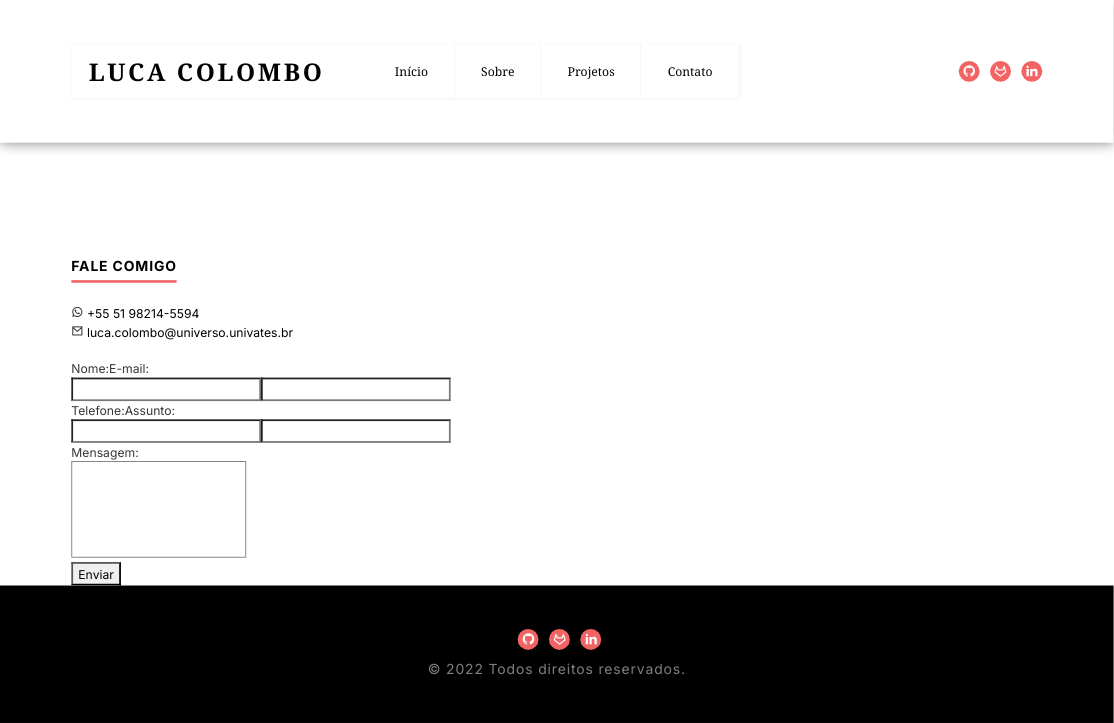
Repository: lxcxcxlxmb/portfolio
Page: contato.html
These files come from the project's save history. The page is drawn as it stood at one moment and after the next save; the edit follows.
The browser window is 1280 px wide. The pictures show the whole page, at 87% of full size.

Above is the page before, as saved 2022-05-25 16:19:40.

### contato.html
<!doctype html>
<html lang="pt-BR">

<head>
  <!-- Required meta tags -->
  <meta charset="utf-8">
  <meta name="viewport" content="width=device-width, initial-scale=1">
  <!-- Google Fots -->
  <link rel="preconnect" href="https://fonts.googleapis.com">
  <link rel="preconnect" href="https://fonts.gstatic.com" crossorigin>
  <link href="https://fonts.googleapis.com/css2?family=Inter:wght@100;200;300;400;500;600;700;800;900&display=swap"
    rel="stylesheet">
  <!-- Remixicon Icon -->
  <link href="https://cdn.jsdelivr.net/npm/remixicon@2.5.0/fonts/remixicon.css" rel="stylesheet">
  <!-- Remixicon Icon -->
  <!-- Bootstrap CSS -->
  <link href="https://cdn.jsdelivr.net/npm/bootstrap@5.0.2/dist/css/bootstrap.min.css" rel="stylesheet"
    integrity="sha384-EVSTQN3/azprG1Anm3QDgpJLIm9Nao0Yz1ztcQTwFspd3yD65VohhpuuCOmLASjC" crossorigin="anonymous">
  <link href="https://unpkg.com/aos@2.3.1/dist/aos.css" rel="stylesheet">
  <!-- Main CSS -->
  <link href="styles.css" rel="stylesheet">
  <link rel="stylesheet" href="reset.css">


  <title>contato</title>
</head>

<body>

  <!-- header -->
  <header class="ds-header" id="site-header">
    <div class="container">
      <div class="ds-header-inner">
        <!-- logo -->
        <a href="index.html" class="ds-logo">
          <span>L</span>Luca Colombo
        </a>
        <div class="header">
          <a href="index.html" class="logo">Luca Colombo</a>
          <input class="menu-btn" type="checkbox" id="menu-btn" />
          <label class="menu-icon" for="menu-btn"><span class="navicon"></span></label>
          <ul class="menu">
            <li><a href="index.html">Início</a></li>
            <li><a href="sobre.html">Sobre</a></li>
            <li><a href="projetos.html">Projetos</a></li>
            <li><a href="contato.html">Contato</a></li>
          </ul>
        </div>
        <!-- social -->
        <ul class="ds-social">
          <li><a href="https://github.com/lxcxcxlxmb" target="_blank"><i class="ri-github-fill"></i></a></li>
          <li><a href="https://gitlab.com/lxcxcxlxmbx" target="_blank"><i class="ri-gitlab-line"></i></a></li>
          <li><a href="https://www.linkedin.com/in/luca--colombo/" target="_blank"><i class="ri-linkedin-fill"></i></a>
          </li>
        </ul>
        <!-- social -->
      </div>
    </div>
  </header>
  <br>
  <br>

  <div class="ds-about-section">
    <div class="container">
      <section>
        <h2 class="ds-heading">Fale comigo</h2><br>
        <i class="ri-whatsapp-line"></i> <a href="tel:+5551982145594">+55 51 98214-5594</a><br>
        <i class="ri-mail-line"></i><a href="mailto:luca.colombo@universo.univates.br">
          luca.colombo@universo.univates.br</a><br><br>
        <form>
          <label for="name">Nome:</label><label for="email">E-mail:</label><br>
          <input class="form-item" type="text" id="name" name="name"><input class="form-item" type="email" id="email" name="email"><br>
          <label for="phone">Telefone:</label><label for="assunto">Assunto:</label><br>
          <input class="form-item" type="tel" id="phone" name="phone"><input class="form-item" type="text" id="assunto" name="assunto"><br>
          <label for="message">Mensagem:</label><br>
          <textarea class="form-item" id="message" name="message" rows="5" columns="50"></textarea><br>
          <input class="button" type="submit" value="Enviar">
        </form>
      </section>
    </div>
  </div>
  <footer class="ds-footer text-center">
    <div class="container">
      <section>
        <ul class="ds-social">
          <li><a href="https://github.com/lxcxcxlxmb" target="_blank"><i class="ri-github-fill"></i></a></li>
          <li><a href="https://gitlab.com/lxcxcxlxmbx" target="_blank"><i class="ri-gitlab-line"></i></a></li>
          <li><a href="https://www.linkedin.com/in/luca--colombo/" target="_blank"><i class="ri-linkedin-fill"></i></a>
          </li>
        </ul>
      </section>
      <span class="ds-copyright">© 2022 Todos direitos reservados.</span>
    </div>
  </footer>

</body>

</html>

### styles.css
/*
Theme Name: Jason Stroff

  1. >>> Headr Style
  2. >>> Banner Style
  3. >>> About Style
  4. >>> Skills Style
  5. >>> Experience Style
  6. >>> Work Style
  7. >>> Footer Style

*/
/*--------------------------------------------------------------
>>> TABLE OF CONTENTS:
----------------------------------------------------------------*/
html {
	font-family: 'Inter', sans-serif;
	background-color: #FFF
}

body {
	font-family: 'Inter', sans-serif;
	overflow-x: hidden;
	background-color: #FFF;
	font-weight: 400;
	font-style: normal;
	color: #373737;
	font-size: 14px
}

a,
a:hover,
a:focus,
i,
input,
button,
input:focus,
.transition {
	text-decoration: none;
	outline: none;
	transition-delay: 0s;
	transition-duration: 0.4s;
	transition-property: all;
	transition-timing-function: ease;
	box-shadow: none;
}

a {
	color: #000
}

iframe {
	border: 0;
	outline: none;
}

::-moz-selection {
	background: #000;
	text-shadow: none;
	color: #FFF
}

::selection {
	background: #000;
	text-shadow: none;
	color: #FFF
}

img {
	max-width: 100%;
	border: none;
	outline: none;
	height: auto;
}

input,
textarea {
	border-radius: 0;
	resize: none;
}

ul {
	padding: 0;
	margin: 0;
}

@font-face {
	font-family: 'Inter', sans-serif;
}

input:-webkit-autofill,
textarea:-webkit-autofill,
select:-webkit-autofill {
	background-color: transparent;
	background-image: none;
	color: #000;
}

/* 1.2 Typography */
h1,
h2,
h3,
h4,
h5,
h6 {
	font-family: 'Inter', sans-serif;
}

figure {
	margin: 0
}

svg,
img {
	max-width: 100%;
	height: auto;
}

/*-----------------------------------------------------------------
  1. >>> Headr Style
----------------------------------------------------------------*/
.ds-header {
	position: relative;
	top: 0;
	width: 100%;
	z-index: 5;
	background-color: #FFF;
	padding: 70px 0;
	transition-delay: 0s;
	transition-duration: 0.4s;
	transition-property: all;
	transition-timing-function: ease;
	box-shadow: 0 0 1em #858585;
	display: flex;
	align-items: center;
	justify-content: space-between;
}

.ds-header.ds-fixed-header {
	padding: 20px 0;
	box-shadow: 0px 0px 20px rgba(0, 0, 0, 0.25);
}

.ds-header-inner {
	display: flex;
	justify-content: space-between;
	align-items: center;
}

.logo {
	font-family:Georgia, 'Times New Roman', Times, serif;
	text-transform: uppercase;
	font-weight: bold;
	font-size: 18px;
	letter-spacing: 3px;
	color: #000;
	display: flex;
	align-items: center;
	flex-wrap: nowrap;
}

.logo span {
	display: flex;
	align-items: center;
	justify-content: center;
	width: 40px;
	height: 40px;
	background-color: #000;
	border-radius: 4px;
	color: #FFF;
	font-size: 22px;
	font-weight: 600;
	text-align: center;
}

.logo:hover {
	color: #F26464;
}

.ds-social {
	list-style: none;
	display: flex;
	align-items: center;
	flex-wrap: wrap;
}

.ds-social li {
	margin-left: 12px;
}

.ds-social li:first-child {
	margin-left: 0;
}

.ds-social li a {
	border-radius: 100%;
	color: #FFF;
	width: 24px;
	height: 24px;
	background-color: #F26464;
	display: flex;
	justify-content: center;
	align-items: center;
	text-align: center;
	font-size: 16px;
}

.ds-social li a:hover {
	background-color: #000;
	color: #FFF;
}

/*.ds-navbar {
	display: inline-block;
	color: #373737;
	font-size: 16px;
	padding: 10px 20px;
	background-color: #FFF;
	margin-right: 15px;
	margin-bottom: 15px;
	margin-top: 15px;
	font-weight: 500;
}*/

.activ {
	color: #fff;
	background-color: #FF0077;
}

.inactiv {
	color: #494949;
}

.inactiv:hover {
	color: #FF0077;
}

.header {
	background-color: #fff;
	box-shadow: 1px 1px 4px 0 rgba(0,0,0,.1);
	position: absolute;
	align-items: center;
	vertical-align: middle;
	width: 60%;
	z-index: 3;
  }

  .header ul {
	margin: 0;
	padding: 0;
	font-family:Georgia, 'Times New Roman', Times, serif;
	list-style: none;
	overflow: hidden;
	background-color: #fff;
  }

  .header li a {
	display: block;
	padding: 20px 20px;
	border-right: 1px solid #f4f4f4;
	text-decoration: none;
  }

  .header li a:hover,
  .header .menu-btn:hover {
	background-color: #f4f4f4;
	color: #F26464;
  }

  .header .logo {
	display: block;
	float: left;
	font-size: 2em;
	padding: 10px 20px;
	text-decoration: none;
  }

  /* menu */

  .header .menu {
	clear: both;
	max-height: 0;
	transition: max-height .2s ease-out;
  }

  /* menu icon */

  .header .menu-icon {
	cursor: pointer;
	display: inline-block;
	float: right;
	padding: 28px 20px;
	position: relative;
	user-select: none;
  }

  .header .menu-icon .navicon {
	background: #333;
	display: block;
	height: 2px;
	position: relative;
	transition: background .2s ease-out;
	width: 18px;
  }

  .header .menu-icon .navicon:before,
  .header .menu-icon .navicon:after {
	background: #333;
	content: '';
	display: block;
	height: 100%;
	position: absolute;
	transition: all .2s ease-out;
	width: 100%;
  }

  .header .menu-icon .navicon:before {
	top: 5px;
  }

  .header .menu-icon .navicon:after {
	top: -5px;
  }

  /* menu btn */

  .header .menu-btn {
	display: none;
  }

  .header .menu-btn:checked ~ .menu {
	max-height: 240px;
  }

  .header .menu-btn:checked ~ .menu-icon .navicon {
	background: transparent;
  }

  .header .menu-btn:checked ~ .menu-icon .navicon:before {
	transform: rotate(-45deg);
  }

  .header .menu-btn:checked ~ .menu-icon .navicon:after {
	transform: rotate(45deg);
  }

  .header .menu-btn:checked ~ .menu-icon:not(.steps) .navicon:before,
  .header .menu-btn:checked ~ .menu-icon:not(.steps) .navicon:after {
	top: 0;
  }

  /* 48em = 768px */

  @media (min-width: 48em) {
	.header li {
	  float: left;
	}
	.header li a {
	  padding: 20px 30px;
	}
	.header .menu {
	  clear: none;
	  float: right;
	  max-height: none;
	}
	.header .menu-icon {
	  display: none;
	}
  }

/*-----------------------------------------------------------------
  2. >>> Banner Style
----------------------------------------------------------------*/
.ds-banner section {
	padding-left: 70px;
	padding-right: 00px;
}

.ds-banner section h1 span {
	display: block;
	text-transform: uppercase;
	letter-spacing: 1px;
	font-weight: 500;
	font-size: 16px;
	padding-top: 30px;
}

.ds-banner section h1 {
	font-weight: 600;
	font-size: 48px;
	line-height: 60px;
	color: #000;
}

.ds-numbervalulist {
	list-style: none;
	display: flex;
	align-items: center;
	flex-wrap: wrap;
	margin: 0;
	padding: 0;
	margin-top: 60px;
}

.ds-numbervalulist li {
	margin-right: 60px;
}

.ds-numbervalulist li:last-child {
	margin-right: 0;
}

.ds-numbervalulist strong {
	display: block;
	color: #F26464;
	font-size: 36px;
	font-weight: 800;
}

.ds-numbervalulist span {
	font-size: 16px;
	letter-spacing: 1px;
}

/*-----------------------------------------------------------------
  3. >>> About Style
----------------------------------------------------------------*/
.ds-about-section {
	padding-top: 60px;
	padding-bottom: 0px;
}

.ds-heading {
	display: inline-block;
	font-weight: 700;
	color: #000;
	text-transform: uppercase;
	letter-spacing: 1px;
	font-size: 16px;
	border-bottom: 3px solid #F26464;
	padding-bottom: 7px;
	margin-bottom: 23px;
}

.ds-about-section p {
	color: #373737;
	font-size: 24px;
	line-height: 40px;
	font-weight: 300;
	margin-bottom: 60px;
}

.ds-button {
	display: inline-block;
	text-transform: uppercase;
	font-size: 12px;
	line-height: 13px;
	font-weight: 600;
	letter-spacing: 3px;
	color: #F26464;
	padding: 17px 30px;
	border: 2px solid #F26464;
	border-radius: 60px;
}

.ds-button:hover {
	background-color: #F26464;
	color: #FFF;
}

.ds-arrow-button i {
	display: inline-block;
	vertical-align: middle;
}

/*-----------------------------------------------------------------
  4. >>> Skills Style
----------------------------------------------------------------*/
.ds-skills-section {
	padding-bottom: 105px;
}

.ds-skills-list {
	list-style: none;
	padding: 0;
	margin: 0;
	display: flex;
	flex-wrap: wrap;
	align-items: center;
	margin-top: 11px;
}

.ds-skills-list li {
	display: inline-block;
	color: #373737;
	font-size: 16px;
	padding: 10px 20px;
	background-color: #FFF;
	border: 1px solid #D7D7D7;
	border-radius: 27px;
	margin-right: 15px;
	margin-bottom: 15px;
	font-weight: 500;
}

/*-----------------------------------------------------------------
  5. >>> Experience Style
----------------------------------------------------------------*/
.ds-experience-section {
	padding-bottom: 120px;
}

.ds-experience-list section {
	padding-right: 70px;
}

.ds-experience-list {
	padding-top: 15px;
}

.ds-officename {
	font-size: 24px;
	font-weight: 300;
	margin-bottom: 10px;
}

.ds-experience-list span {
	display: block;
}

span.ds-year {
	color: #373737;
	font-size: 14px;
	font-weight: 700;
	padding-bottom: 10px;
}

span.ds-department {
	color: #373737;
	font-weight: 500;
	font-size: 18px;
	padding-bottom: 30px;
}

.ds-experience-list p {
	font-size: 16px;
	line-height: 24px;
	font-weight: 300;
}

.ds-experience-list ul {
	list-style: none;
	padding: 0;
	margin: 0;
	padding-top: 10px;
}

.ds-experience-list ul li {
	font-size: 16px;
	line-height: 24px;
	font-weight: 300;
	padding-left: 28px;
	position: relative;
	margin-bottom: 20px;
}

.ds-experience-list ul li:before {
	content: "";
	position: absolute;
	left: 0;
	top: 10px;
	border-radius: 100%;
	width: 8px;
	height: 8px;
	background-color: #373737;
}

/*-----------------------------------------------------------------
  6. >>> Work Style
----------------------------------------------------------------*/
.ds-work-section {
	padding-bottom: 80px;
}

.ds-work-list {
	padding-left: 70px;
	padding-top: 40px;
	padding-right: 70px;
	background-color: #F6F8FA;
	margin-bottom: 40px;
}

.ds-work-list section {
	padding-top: 20px;
	padding-right: 120px;
}

.ds-work-tilte {
	color: #000;
	font-size: 30px;
	line-height: 36px;
	font-weight: 600;
	margin-bottom: 30px;
}

.ds-work-list p {
	font-weight: 300;
	font-size: 18px;
	line-height: 30px;
}

.ds-work-list .ds-button {
	margin-top: 20px;
}

.ds-work-det-hed {
	padding-top: 42px;
	padding-bottom: 80px;
}

.ds-work-det-title {
	font-weight: 600;
	color: #000;
	font-size: 48px;
	margin-bottom: 20px;
}

.ds-work-det-dep {
	display: block;
	font-weight: 600;
	color: #000;
	font-size: 18px;
}

.ds-work-content-sec {
	padding: 100px 0;
}

.ds-work-content-sec p {
	font-size: 18px;
	line-height: 36px;
	margin-bottom: 30px;
}

.ds-work-content-sec h2 {
	font-size: 30px;
	font-weight: 700;
	margin-bottom: 30px;
}

.ds-work-content-sec ul {
	list-style: none;
	padding: 0;
	margin: 0;
}

.ds-work-content-sec li {
	font-size: 18px;
	line-height: 36px;
	padding-left: 28px;
	position: relative;
	margin-bottom: 20px;
}

.ds-work-content-sec li:before {
	content: "";
	position: absolute;
	left: 0;
	top: 13px;
	border-radius: 100%;
	width: 8px;
	height: 8px;
	background-color: #373737;
}

/*-----------------------------------------------------------------
  7. >>> Footer Style
----------------------------------------------------------------*/
.ds-footer {
	background-color: #000;
	padding: 50px 0;
}

.ds-footer section {
	padding-bottom: 10px;
}

.ds-footer section span {
	color: rgba(255, 255, 255, 0.5);
	text-transform: uppercase;
	font-weight: 700;
	font-size: 16px;
	letter-spacing: 1px;
	display: block;
	padding-bottom: 20px;
}

.ds-footer section h4 {
	color: #FFF;
	font-size: 48px;
	font-weight: 700;
}

.ds-footer section p {
	letter-spacing: 1.13px;
	color: #FFF;
	font-size: 18px;
	margin-bottom: 40px;
}

.ds-footer ul {
	margin-left: 46%;
}

.ds-copyright {
	color: rgba(255, 255, 255, 0.5);
	letter-spacing: 1px;
	font-size: 16px;
}

.ds-copyright a {
	color: rgba(255, 255, 255, 0.5);
}

.ds-copyright a:hover {
	color: #F26464;
}



/*-------------------------------------------------------------------------------
 Responsive XS Style @media (max-width: 767px)
-------------------------------------------------------------------------------*/
@media (max-width: 768px) {

	.ds-header,
	.ds-header.ds-fixed-header {
		padding: 15px 0;
	}

	.ds-banner,
	.ds-about-section,
	.ds-skills-section,
	.ds-experience-section,
	.ds-work-section,
	.ds-work-details-section {
		padding-left: 10px;
		padding-right: 10px;
	}

	/*.ds-logo {
		font-size: 0;
	}*/

	.ds-banner figure {
		padding: 30px 0;
	}

	.ds-banner section {
		padding-left: 0;
		padding-right: 0;
	}

	.ds-banner section h1 span {
		padding-bottom: 0;
	}

	.ds-banner section h1,
	.ds-work-det-title {
		font-size: 30px;
		line-height: 40px;
	}

	.ds-numbervalulist {
		margin-top: 20px;
	}

	.ds-numbervalulist li {
		margin-right: 30px;
	}

	.ds-numbervalulist strong {
		font-size: 30px;
	}

	.ds-numbervalulist span {
		font-size: 14px;
	}

	.ds-about-section {
		padding-bottom: 60px;
	}

	.ds-about-section p,
	.ds-work-content-sec p,
	.ds-work-content-sec li {
		font-size: 15px;
		line-height: 30px;
		margin-bottom: 0px;
	}

	.ds-skills-list li {
		margin-right: 10px;
		margin-bottom: 10px;
		font-size: 14px;
	}

	.ds-skills-section .col-12,
	.ds-experience-list .col-12 {
		margin-bottom: 40px;
	}

	.ds-skills-section,
	.ds-work-section,
	.ds-experience-section {
		padding-bottom: 0;
	}

	.ds-experience-list section {
		padding-right: 0;
	}

	.ds-work-list {
		padding: 30px;
	}

	.ds-work-list p {
		font-size: 15px;
		line-height: 30px;
	}

	.ds-footer {
		padding: 60px 10px;
	}

	.ds-footer section h4 {
		font-size: 40px;
	}

	.ds-copyright {
		font-size: 14px;
	}

	.ds-footer section {
		padding-bottom: 30px;
	}

	.ds-footer ul {
		margin-left: 36%;
	}

	.ds-button {
		padding: 11px 10px;
	}

	.ds-work-details-section {
		padding-top: 30px;
	}

	.ds-work-det-title {
		margin-bottom: 7px;
	}

	.ds-work-content-sec h2 {
		font-size: 20px;
	}

	.ds-work-content-sec {
		padding: 30px 0;
	}

	.ds-work-list section {
		padding-right: 0;
		padding-bottom: 30px;
	}
}

.ds-heading {
	margin-top: 30px;
}

@media (min-width: 768px) and (max-width: 991px) {
	.ds-work-list section {
		padding-right: 30px;
	}

}

@media (min-width: 992px) and (max-width: 1199px) {
	.ds-banner section {
		padding-right: 0;
	}

	.ds-work-list section {
		padding-right: 30px;
		padding-bottom: 60px;
	}


}


#wrapper
{
 margin:0 auto;
 padding:0px;
 text-align:center;
 width:995px;
}
#wrapper h1
{
 margin-top:50px;
 font-size:45px;
 color:#1B4F72;
}
#wrapper h1 p
{
 font-size:18px;
}
#contact_form_div
{
 width:330px;
 margin-left:320px;
 padding:10px;
 background-color:#1B4F72;
}
#contact_form_div #contact_label
{
 margin:15px;
 margin-bottom:30px;
 font-size:25px;
 font-weight:bold;
 color:white;
 text-decoration:underline;
}
#contact_form_div input[type="text"]
{
 width:230px;
 height:40px;
 border-radius:2px;
 font-size:17px;
 padding-left:5px;
 border:none;
}
#contact_form_div textarea
{
 width:230px;
 height:70px;
 border-radius:2px;
 font-size:17px;
 padding5px;
}
#contact_form_div input[type="submit"]
{
 width:230px;
 height:40px;
 border:none;
 border-radius:2px;
 font-size:17px;
 background-color:#85C1E9;
 border-bottom:3px solid #3498DB;
 color:#1B4F72;
 font-weight:bold;
}

@media only screen and (min-width:700px) and (max-width:995px)
{
 #wrapper
 {
  width:100%;
 }
 #wrapper h1
 {
  font-size:30px;
 }
 #contact_form_div
 {
  width:50%;
  margin-left:25%;
  padding-left:0px;
  padding-right:0px;
 }
 #contact_form_div input[type="text"]
 {
  width:80%;
 }
 #contact_form_div textarea
 {
  width:80%;
 }
 #contact_form_div input[type="submit"]
 {
  width:80%;
 }
}
@media only screen and (min-width:400px) and (max-width:699px)
{
 #wrapper
 {
  width:100%;
 }
 #wrapper h1
 {
  font-size:30px;
 }
 #contact_form_div
 {
  width:60%;
  margin-left:20%;
 }
 #contact_form_div input[type="text"]
 {
  width:80%;
 }
 #contact_form_div textarea
 {
  width:80%;
 }
 #contact_form_div input[type="submit"]
 {
  width:80%;
 }
}
@media only screen and (min-width:100px) and (max-width:399px)
{
 #wrapper
 {
  width:100%;
 }
 #wrapper h1
 {
  font-size:25px;
 }
 #contact_form_div
 {
  width:90%;
  margin-left:5%;
  padding-left:0px;
  padding-right:0px;
 }
 #contact_form_div input[type="text"]
 {
  width:80%;
 }
 #contact_form_div textarea
 {
  width:80%;
 }
 #contact_form_div input[type="submit"]
 {
  width:80%;
 }
}

### reset.css
/*
html, body, div, span, applet, object, iframe,
h1, h2, h3, h4, h5, h6, p, blockquote, pre,
a, abbr, acronym, address, big, cite, code,
del, dfn, em, img, ins, kbd, q, s, samp,
small, strike, strong, sub, sup, tt, var,
b, u, i, center,
dl, dt, dd, ol, ul, li,
fieldset, form, label, legend,
table, caption, tbody, tfoot, thead, tr, th, td,
article, aside, canvas, details, embed,
figure, figcaption, footer, header, hgroup,
menu, nav, output, ruby, section, summary,
time, mark, audio, video {
	margin: 0;
	padding: 0;
	border: 0;
	font-size: 100%;
	font: inherit;
	vertical-align: baseline;
}
/* HTML5 display-role reset for older browsers */
/*
article, aside, details, figcaption, figure,
footer, header, hgroup, menu, nav, section {
	display: block;
}
body {
	line-height: 1;
}
ol, ul {
	list-style: none;
}
blockquote, q {
	quotes: none;
}
blockquote:before, blockquote:after,
q:before, q:after {
	content: '';
	content: none;
}
table {
	border-collapse: collapse;
	border-spacing: 0;
}*/

After the next save:
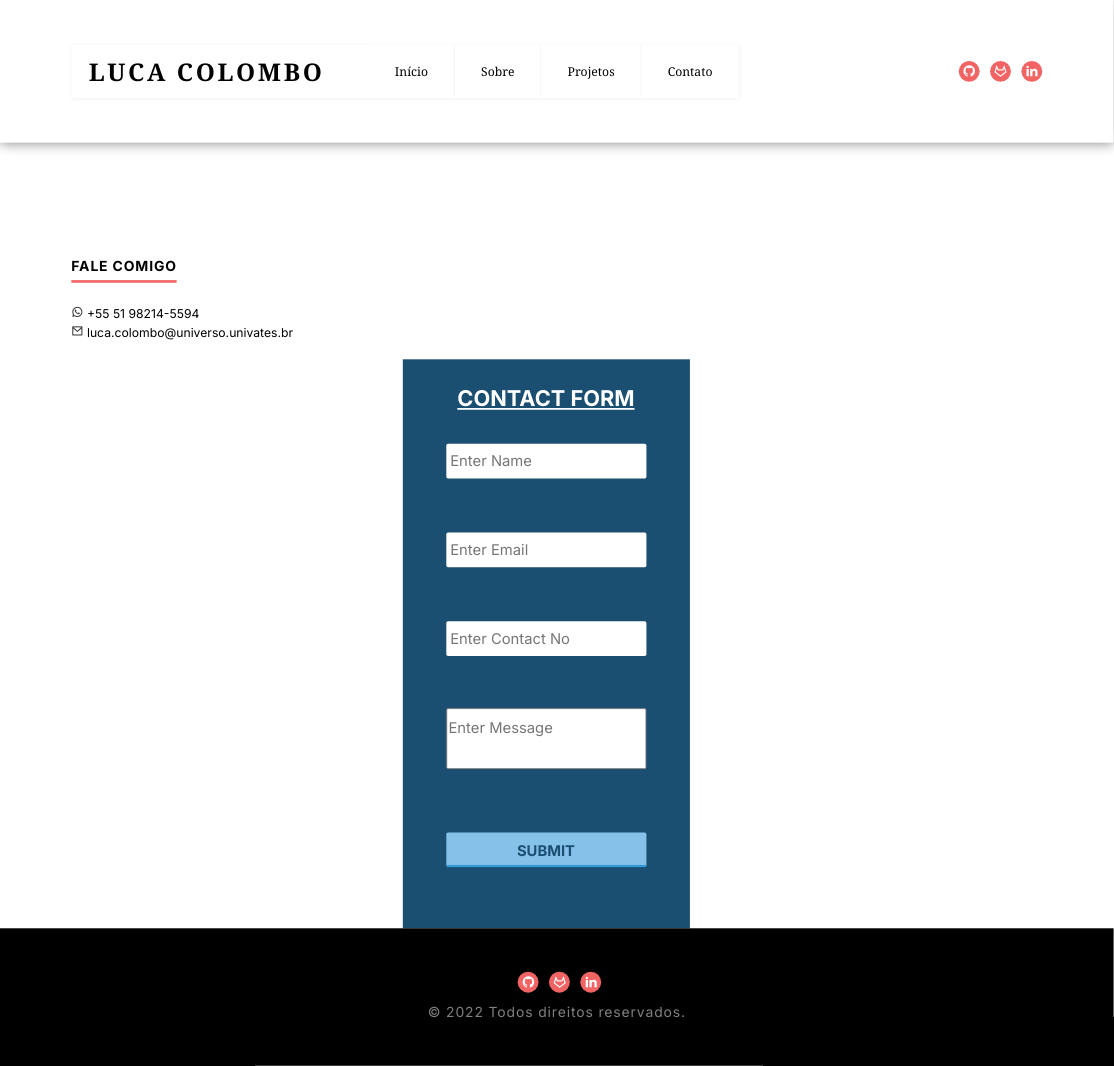
Saved 23 s later.
--- a/contato.html
+++ b/contato.html
@@ -67,15 +67,20 @@
         <i class="ri-whatsapp-line"></i> <a href="tel:+5551982145594">+55 51 98214-5594</a><br>
         <i class="ri-mail-line"></i><a href="mailto:luca.colombo@universo.univates.br">
           luca.colombo@universo.univates.br</a><br><br>
-        <form>
-          <label for="name">Nome:</label><label for="email">E-mail:</label><br>
-          <input class="form-item" type="text" id="name" name="name"><input class="form-item" type="email" id="email" name="email"><br>
-          <label for="phone">Telefone:</label><label for="assunto">Assunto:</label><br>
-          <input class="form-item" type="tel" id="phone" name="phone"><input class="form-item" type="text" id="assunto" name="assunto"><br>
-          <label for="message">Mensagem:</label><br>
-          <textarea class="form-item" id="message" name="message" rows="5" columns="50"></textarea><br>
-          <input class="button" type="submit" value="Enviar">
-        </form>
+          <div id="wrapper">
+
+            <div id="contact_form_div">
+             <p id="contact_label">CONTACT  FORM</p>
+             <form method="post" action="">
+              <p><input type="text" placeholder="Enter Name"></p>
+              <p><input type="text" placeholder="Enter Email"></p>
+              <p><input type="text" placeholder="Enter Contact No"></p>
+              <p><textarea placeholder="Enter Message"></textarea></p>
+              <p><input type="submit" value="SUBMIT"></p>
+             </form>
+            </div>
+
+            </div>
       </section>
     </div>
   </div>
